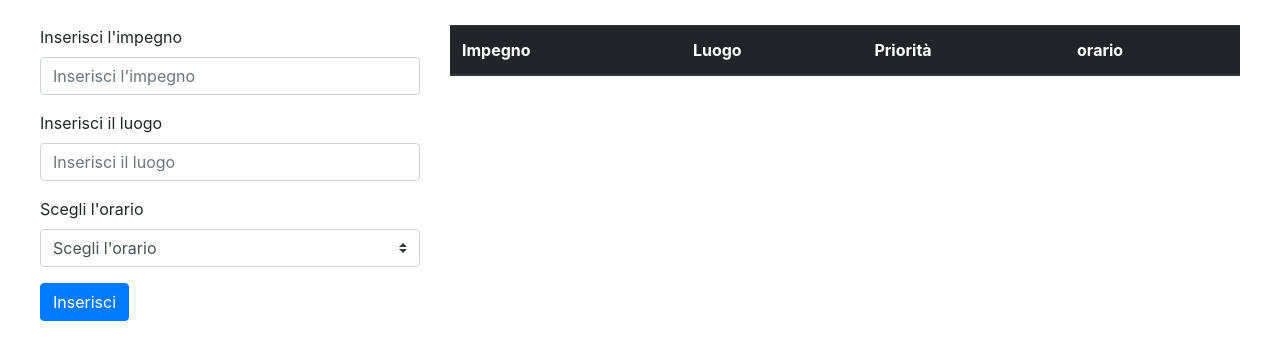
Repository: robertobellardi/eclipse
Page: Agenda/WebContent/index.html
An editor plug-in stored every save of this project. The page is shown before and after the next save, followed by the edit.
The browser window is 1280 px wide. The pictures show the whole page.
Some web libraries are served in a nearby version.

Above is the page before, as saved 2020-01-23 12:47:53.

### Agenda/WebContent/index.html
<!DOCTYPE html>
<html>
<head>
<meta charset="utf-8">
<link rel="stylesheet" href="https://maxcdn.bootstrapcdn.com/bootstrap/4.0.0/css/bootstrap.min.css" integrity="sha384-Gn5384xqQ1aoWXA+058RXPxPg6fy4IWvTNh0E263XmFcJlSAwiGgFAW/dAiS6JXm" crossorigin="anonymous">
<script src="assets/JQuery.js"></script>
<script src="https://cdnjs.cloudflare.com/ajax/libs/popper.js/1.12.9/umd/popper.min.js" integrity="sha384-ApNbgh9B+Y1QKtv3Rn7W3mgPxhU9K/ScQsAP7hUibX39j7fakFPskvXusvfa0b4Q" crossorigin="anonymous"></script>
<script src="https://maxcdn.bootstrapcdn.com/bootstrap/4.0.0/js/bootstrap.min.js" integrity="sha384-JZR6Spejh4U02d8jOt6vLEHfe/JQGiRRSQQxSfFWpi1MquVdAyjUar5+76PVCmYl" crossorigin="anonymous"></script>

<script src="assets/javascript.js" type="text/javascript"></script>
<link rel="stylesheet" href="assets/custom.css">

<title>Agenda</title>
</head>
<body>

	<div class="row inputAgenda">
		<div class="col-4">
		  	<form>
			  <div class="form-group">
			    <label for="impegno">Inserisci l'impegno</label>
			    <input type="text" class="form-control" id="impegno" placeholder="Inserisci l'impegno">
			  </div>

			  <div class="form-group">
			    <label for="luogo">Inserisci il luogo</label>
			    <input type="text" class="form-control" id="luogo" placeholder="Inserisci il luogo">
			  </div>

			  <div class="form-group">
			      <label for="orario">Scegli l'orario</label>
			      <select class="custom-select" id="orario">
				    <option selected>Scegli l'orario</option>
				    <option value="0">8:00 - 9:00</option>
				    <option value="1">9:00 - 10:00</option>
				    <option value="2">10:00 - 11:00</option>
				    <option value="3">11:00 - 12:00</option>
				    <option value="4">12:00 - 13:00</option>
				    <option value="5">13:00 - 14:00</option>
				    <option value="6">14:00 - 15:00</option>
				    <option value="7">15:00 - 16:00</option>
				    <option value="8">16:00 - 17:00</option>
				    <option value="9">17:00 - 18:00</option>
			  	</select>
		   	</div>
			  <button id="inserisci" type="button" class="btn btn-primary">Inserisci</button>
		</form>
		</div>


		<div class="col-8">
			<table class="table table-striped table-dark">
		  		<thead>
			    	<tr>
				      <th scope="col">Impegno</th>
				      <th scope="col">Luogo</th>
				      <th scope="col">Priorità</th>
				      <th scope="col">orario</th>
			    	</tr>
		  		</thead>
		  		<tbody id="tablebody">

		  		</tbody>
			</table>
		</div>
	</div>

</body>
</html>

### Agenda/WebContent/assets/custom.css
.inputAgenda{
	margin: 25px;
}

Loaded but not shown: Agenda/WebContent/assets/JQuery.js (library); Agenda/WebContent/assets/javascript.js (no copy from this time; the picture is the same without it)

After the next save:
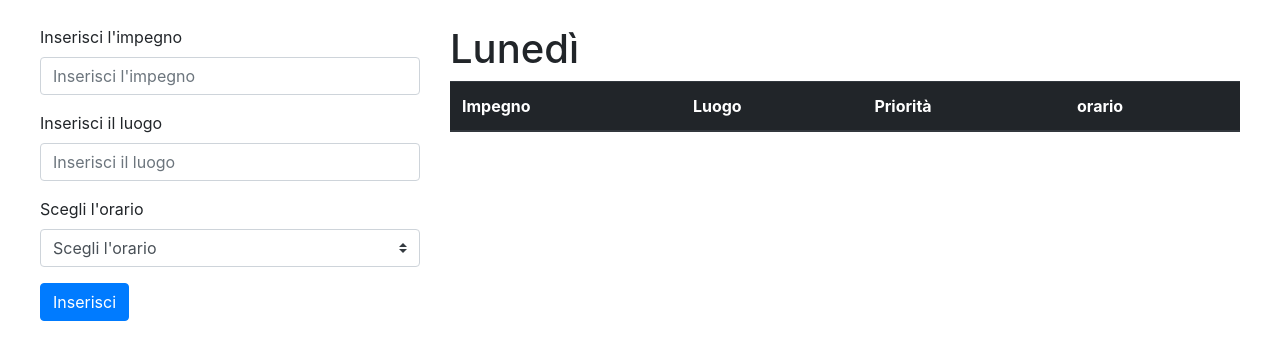
Saved 4 min 33 s later.
--- a/Agenda/WebContent/index.html
+++ b/Agenda/WebContent/index.html
@@ -49,6 +49,7 @@
 
 
 		<div class="col-8">
+		<h1>Lunedì</h1>
 			<table class="table table-striped table-dark">
 		  		<thead>
 			    	<tr>
